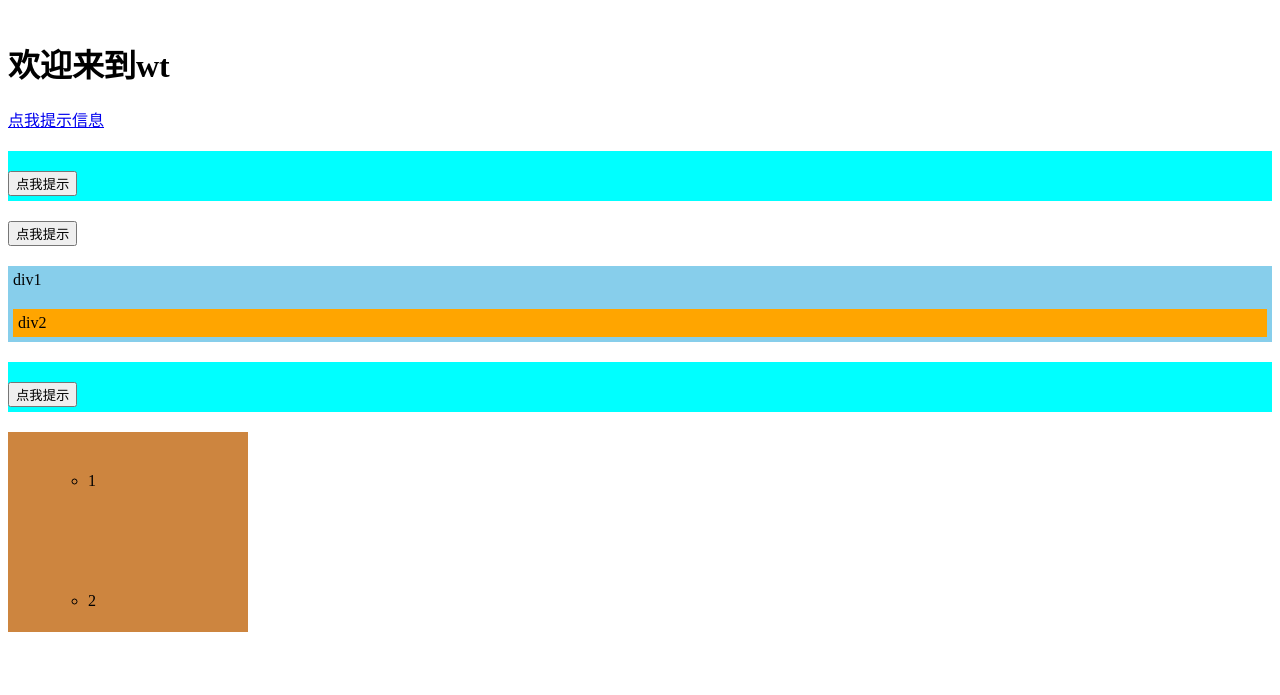
Repository: reggiepy/vueLeaning
Page: 07 事件处理/2 事件修饰符.html
The author's editor kept a copy of each file at every save. The page is drawn from the files as they stood at one save, then again after the next save.
The browser window is 1280 px wide. The pictures show the whole page.

Above is the page before, as saved 2021-12-05 18:48:57.

After the next save:
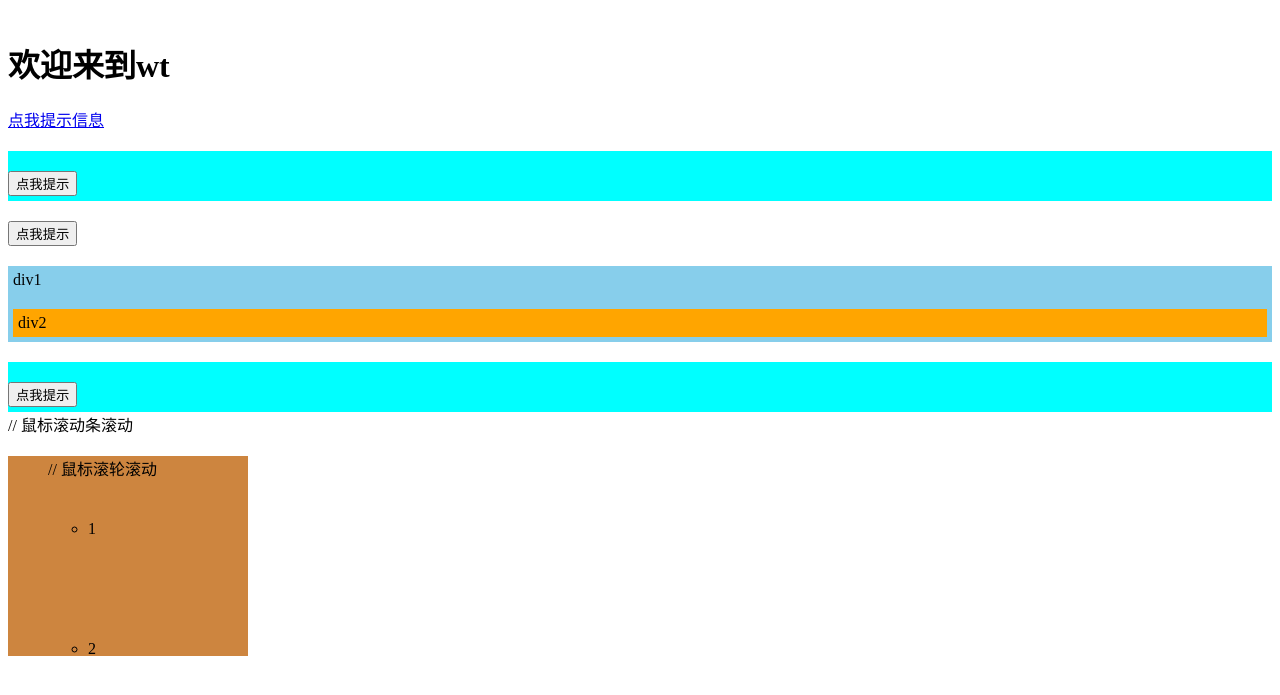
Saved 36 s later.
--- a/07 事件处理/2 事件修饰符.html
+++ b/07 事件处理/2 事件修饰符.html
@@ -59,7 +59,9 @@
       </div>
 
       <!-- 6. 事件默认立即执行，无需等待事件回调执行完毕 -->
+      // 鼠标滚动条滚动
       <ul @scrooll="demo" class="list">
+      // 鼠标滚轮滚动
       <ul @wheel="demo" class="list">
         <li>1</li>
         <li>2</li>
